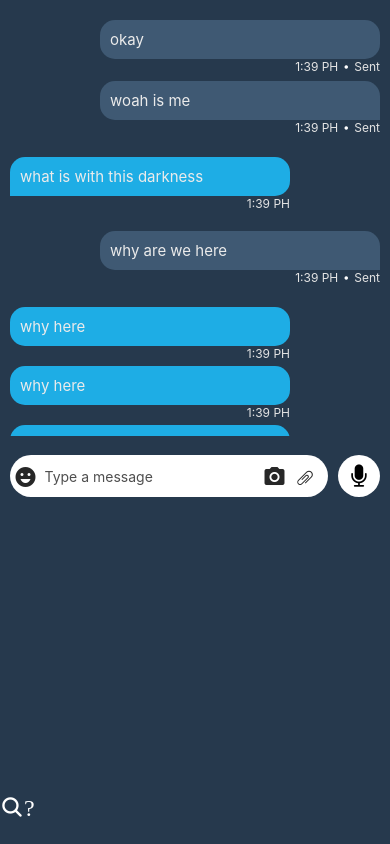
Repository: TemoshoS/chatta
Screen: /ChatRoom
The author's editor kept a copy of each file at every save. The screen is drawn from the files as they stood at one save, then again after the next save.
The page's requests for data from a server got no answer. An inner scrolling area shows only its first screen. The app was drawn by React Native's web renderer in a window 390 px wide. The project was rebuilt for these pictures with package versions that can differ from the ones it lists, and the page was loaded fresh each time. Some packages were replaced by stand-ins written for this rebuild. No one was signed in, and anything a server would have sent is missing. Also part of the build but not shown: components/ChatListItem.js, components/HomeSearchComponent.js, components/ChatRequest.js, components/FAB.js, pages/HomeScreen.js, pages/RegisterScreen.js, pages/LoginScreen.js.

Above is the screen before, as saved 2023-08-22 11:20:12.

After the next save:
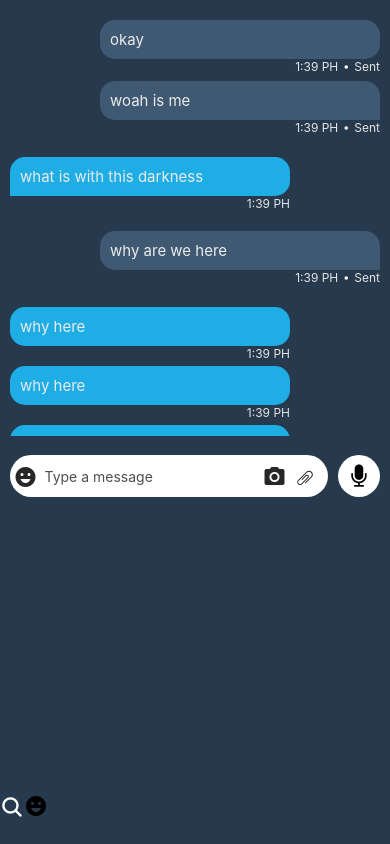
Saved 19 s later.
--- a/components/KeyboardComponent.js
+++ b/components/KeyboardComponent.js
@@ -56,7 +56,7 @@ const KeyboardComponent = () => {
         )}
       <View style={styles.keyboardToggle}>
         <Ionicons name='search' size={24} color={'white'}/>
-        <Ionicons name='emoji-emotions' size={24} color={'white'}/>
+        <MaterialIcons name="emoji-emotions" size={24} color="black" />
 
       </View>
     </View>
